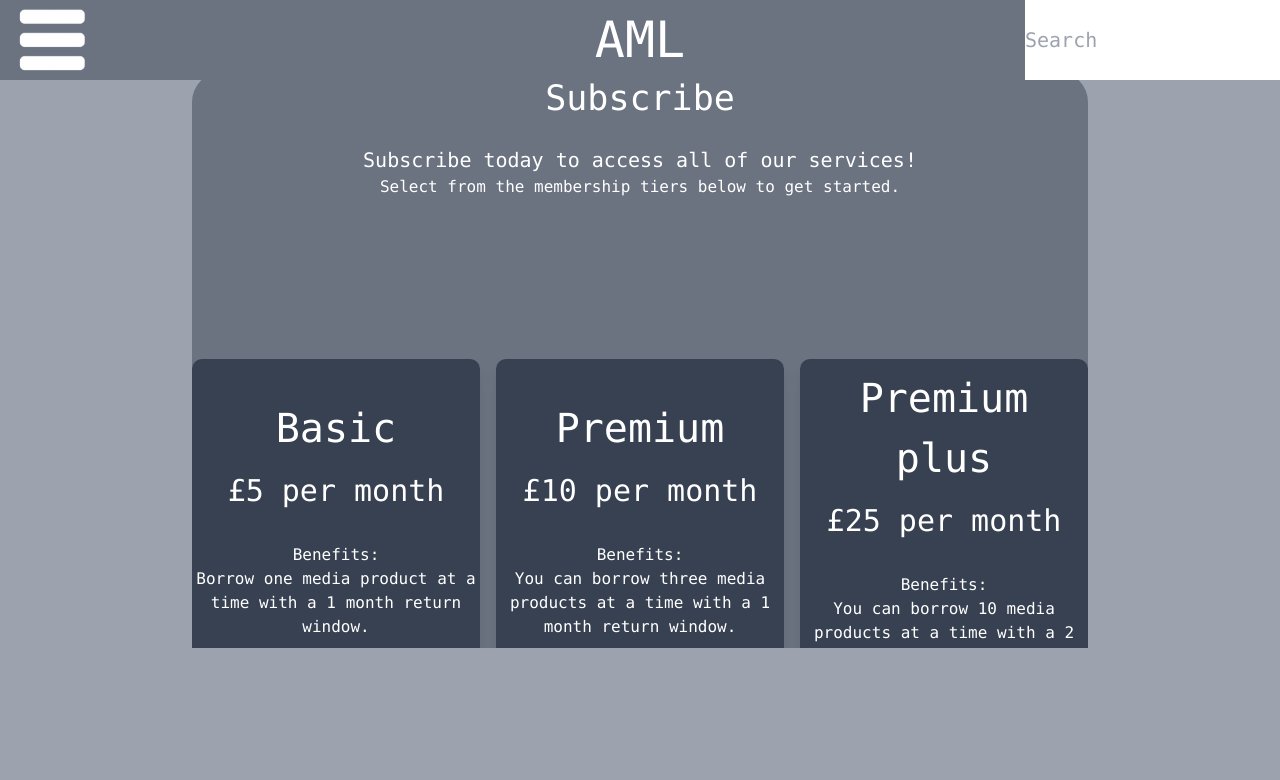
Repository: DuyKhanhDo/AML-Concept
Page: http://localhost/subscribe
An editor plug-in stored every save of this project. The page is shown before and after the next save, followed by the edit.
The browser window is 1280 px wide. The pictures show the whole page.
Some web libraries are served in a nearby version. The page is served by the project's Laravel application, run on PHP 8.4 with Laravel 12. A made-up administrator, Test User (test@example.com), is signed in. Other server files are loaded and not shown.

Above is the page before, as saved 2024-11-11 14:10:47.

### routes/web.php
<?php

use App\Http\Controllers\RegisterController;
use App\Http\Controllers\LogInController;
use App\Http\Controllers\ProfileController;
use App\Http\Controllers\SubscriptionController;
use Illuminate\Support\Facades\Route;
use Illuminate\Support\Facades\Auth;

Auth::routes();

Route::get('/', function () {
    return view('catalogue');
});

Route::get('/login', [LogInController::class, 'LogInView'])->name('login');
Route::post('/submit-login', [LogInController::class, 'Submit'])->name('submit.login');

Route::get('/register', [RegisterController::class, 'RegisterView'])->name('register');
Route::post('/submit-register', [RegisterController::class, 'Submit'])->name('submit.register');

Route::get('/subscribe', [SubscriptionController::class, 'SubscribeView'])->name('subscribe');

Route::post('/logout', function(){
    Auth::logout();
    return redirect()->back();
})->name('logout');

### app/Models/User.php
<?php

namespace App\Models;

use Illuminate\Auth\Middleware\Authenticate;
use Illuminate\Database\Eloquent\Model;
use Illuminate\Foundation\Auth\User as Authenticatable;
use Illuminate\Notifications\Notifiable;

class User extends Authenticatable
{
    use Notifiable;
    public $timestamps = false;

    protected $table = 'Users';

    protected $fillable = ['name', 'email', 'password', 'dob'];
};

### app/Http/Controllers/SubscriptionController.php
<?php

namespace App\Http\Controllers;

use Illuminate\Http\Request;

class SubscriptionController extends Controller
{
    public function __construct()
    {
        $this->middleware('auth');
    }

    public function SubscribeView()
    {
        return view('subscribe');
    }
}

### resources/views/subscribe.blade.php
<x-base>
    <x-slot:content>
        <main class="flex justify-center items-center h-screen">
            <div class="absolute top-[5vh] bg-gray-500 w-[70vw] h-[80vh] mt-[5vh] rounded-[30px] flex items-center flex-col">
                <h1 class="text-[35px]">Subscribe</h1>
                <h3 class="text-[20px] mt-[20px]">Subscribe today to access all of our services!</h3>
                <h5>Select from the membership tiers below to get started.</h5>
                <div class="flex overflow-x-auto w-full space-x-4 justify-center">
                    <x-subscription-tier tier='Basic' price='£5' benefits='Borrow one media product at a time with a 1 month return window.'></x-subscription-tier>
                    <x-subscription-tier tier='Premium' price='£10' benefits='You can borrow three media products at a time with a 1 month return window.'></x-subscription-tier>
                    <x-subscription-tier tier='Premium plus' price='£25' benefits='You can borrow 10 media products at a time with a 2 month return window.'></x-subscription-tier>
                </div>
            </div>
        </main>
    </x-slot>
</x-base>

### resources/views/components/subscription-tier.blade.php
<button class="bg-gray-700 rounded-[10px] w-[20rem] h-[20rem] shadow-lg mt-[10rem]">
    <h2 class="text-[40px] mb-[10px]">{{ $tier }}</h2>
    <h2 class="text-[30px] mb-[30px]">{{ $price }} per month</h2>
    <h3>Benefits:</h3>
    <h3>{{ $benefits }}</h3>
</button>

### resources/views/components/base.blade.php
<!DOCTYPE html>
<html lang="en">
<head>
    <meta charset="UTF-8">
    <meta name="viewport" content="width=device-width, initial-scale=1.0">
    <title>AML</title>
    <script src="https://cdn.tailwindcss.com"></script>
</head>
<body class="bg-gray-400 font-mono">
    <x-navigation-bar></x-navigation-bar>
    <main class="mt-[5vh] text-white text-center">
        {{ $content }}
    </main>
</body>
</html>

### resources/views/components/navigation-bar.blade.php
<div class="fixed left-0 top-0 w-full h-[5rem] flex items-center justify-center bg-gray-500 m-0 p-0 box-border font-mono z-50">
    <button id="toggle-sidebar" class="absolute left-0 ml-[10px] h-full"><img class="h-full" draggable="false" src="{{ asset('assets/sidebar-img.png') }}" alt=""></button>
    <h1 class="text-[50px] text-white">AML</h1>
    <input type="text" class="absolute right-0 ml-[10px] h-full radius-[20px] text-[20px]" placeholder="Search">
</div>
<div id="sidebar" class="fixed left-0 top-[5rem] bg-gray-500 w-[20rem] h-[95vh] flex flex-col opacity-0 z-50 transition-opacity duraction-900">
    <ul class="text-center text-white w-full flex items-center">
        <x-side-bar-btn :csrf=false method="GET" route="/" name="Catalogue"></x-side-bar-btn>
    </ul>
    <ul class="absolute bottom-0 flex flex-col text-center text-white w-full flex items-center">
        @if (Auth::check())
            <x-side-bar-btn :csrf=true method="POST" route="{{ route('logout') }}" name="Sign out"></x-side-bar-btn>
        @else
            <x-side-bar-btn :csrf=false method="GET" route="{{ route('login') }}" name="Log in"></x-side-bar-btn>
            <x-side-bar-btn :csrf=false method="GET" route="{{ route('register') }}" name="Register"></x-side-bar-btn>
        @endif
    </ul>
</div>

<script>
    const button = document.getElementById('toggle-sidebar')
    const sidebar = document.getElementById('sidebar')

    button.addEventListener('click',function(){
        sidebar.classList.toggle('opacity-0');
        sidebar.classList.toggle('opacity-100');
    })
</script>

### resources/views/components/side-bar-btn.blade.php
<form class="w-full" method="{{ $method }}" action='{{ $route }}'>
    @if ($csrf == true)
        @csrf
    @endif

    <li class="mx-auto bg-gray-700 w-full h-[5rem] mb-[10px] flex items-center justify-center">
        <button type="submit" class="font-mono text-[30px] w-full">
            {{ $name }}
        </button>
    </li>
</form>

Loaded but not shown: app/Http/Controllers/Auth/ConfirmPasswordController.php (common file); app/Http/Controllers/Controller.php (common file)

After the next save:
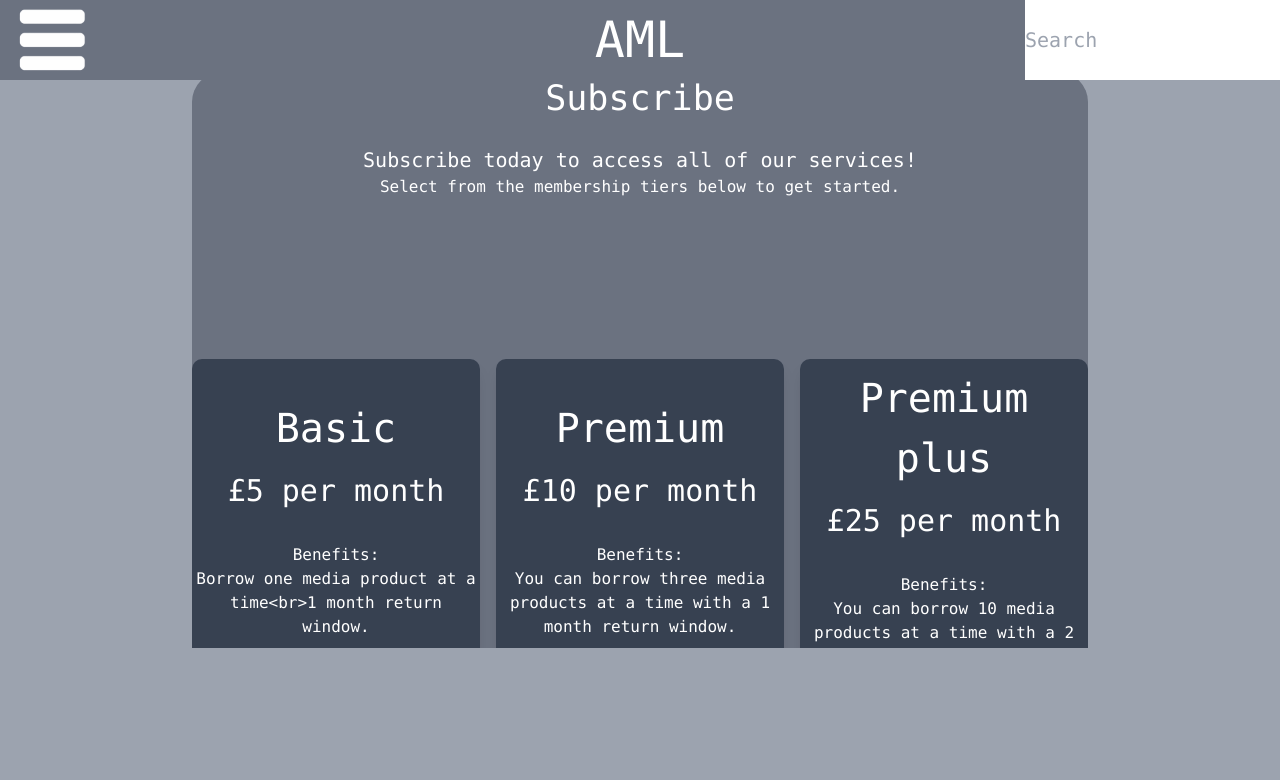
Saved 44 s later.
--- a/resources/views/subscribe.blade.php
+++ b/resources/views/subscribe.blade.php
@@ -6,7 +6,7 @@
                 <h3 class="text-[20px] mt-[20px]">Subscribe today to access all of our services!</h3>
                 <h5>Select from the membership tiers below to get started.</h5>
                 <div class="flex overflow-x-auto w-full space-x-4 justify-center">
-                    <x-subscription-tier tier='Basic' price='£5' benefits='Borrow one media product at a time with a 1 month return window.'></x-subscription-tier>
+                    <x-subscription-tier tier='Basic' price='£5' benefits='Borrow one media product at a time<br>1 month return window.'></x-subscription-tier>
                     <x-subscription-tier tier='Premium' price='£10' benefits='You can borrow three media products at a time with a 1 month return window.'></x-subscription-tier>
                     <x-subscription-tier tier='Premium plus' price='£25' benefits='You can borrow 10 media products at a time with a 2 month return window.'></x-subscription-tier>
                 </div>
